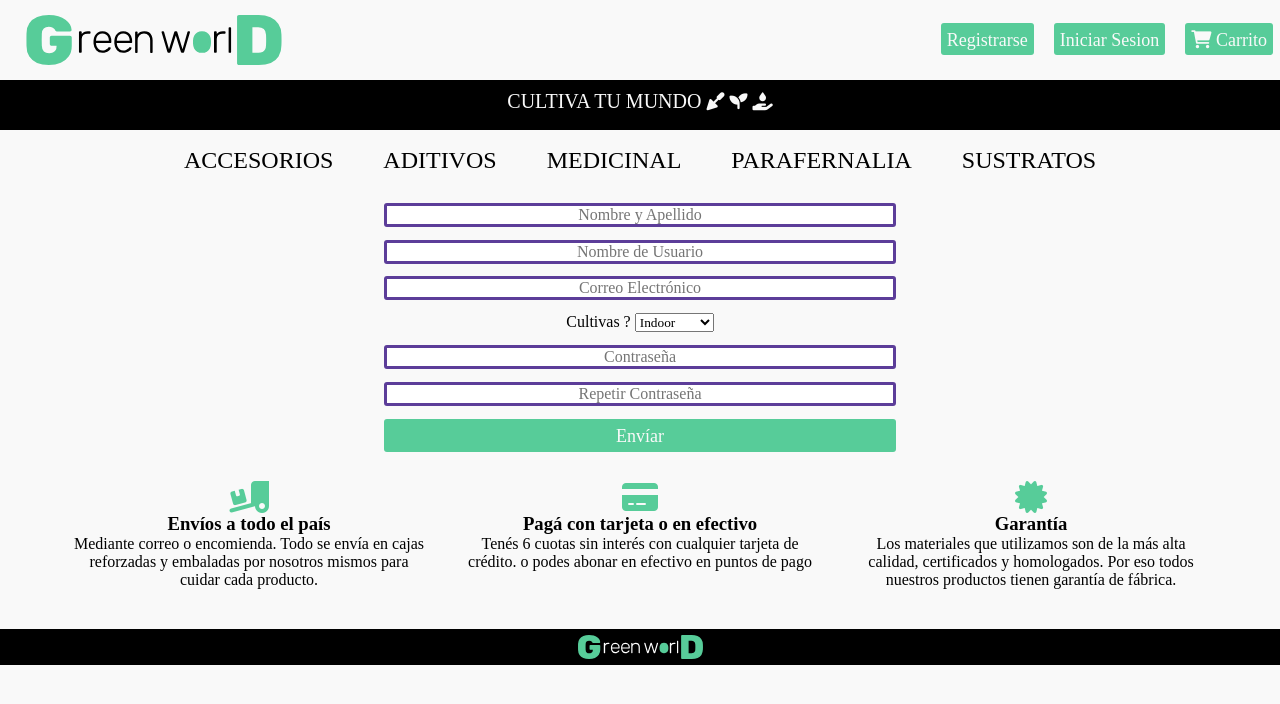
Repository: francoG98/grupo_9_Green_World
Page: source/views/register.html
These files come from the project's save history. The page is drawn as it stood at one moment and after the next save; the edit follows.
The browser window is 1280 px wide. The pictures show the whole page.
Some web fonts or font styles are not loaded; a fallback is used. Some web libraries are served in a nearby version.

Above is the page before, as saved 2022-06-24 20:22:58.

### source/views/register.html
<!DOCTYPE html>
<html lang="en">
<head>
    <meta charset="UTF-8">
    <meta http-equiv="X-UA-Compatible" content="IE=edge">
    <meta name="viewport" content="width=device-width, initial-scale=1.0">
    <title>Green World</title>

    <link rel="preconnect" href="https://fonts.googleapis.com">
<link rel="preconnect" href="https://fonts.gstatic.com" crossorigin>
<link href="https://fonts.googleapis.com/css2?family=Abel&family=Anek+Gujarati:wght@100;200;300;400;500;600;700;800&display=swap" rel="stylesheet">
<link rel="stylesheet" href="https://cdnjs.cloudflare.com/ajax/libs/font-awesome/6.1.1/css/all.min.css" integrity="sha512-KfkfwYDsLkIlwQp6LFnl8zNdLGxu9YAA1QvwINks4PhcElQSvqcyVLLD9aMhXd13uQjoXtEKNosOWaZqXgel0g==" crossorigin="anonymous" referrerpolicy="no-referrer" />
<link rel="stylesheet" href="/css/main-register.css">
<link rel="stylesheet" href="/css/header.css">
<link rel="stylesheet" href="/css/footer.css">

</head>
<body>
    <header>
        <div class="header-top-bar">
            <figure>
                <a href="/"><img src="/assets/logo-edu.svg" alt="Logo Green World" class="header-logo"></a>
            </figure>
            <div class="chart-burger">
                <a href="/chart" >
                    <i class="fa-solid fa-basket-shopping"></i>
                </a>
                <a href="" >
                    <i class="fas fa-bars"></i>
                </a>
            </div>
            <nav class="header-top-nav-bar">
                <ul>
                    <li><a href="/register">Registrarse</a> </li>
                    <li><a href="/login">Iniciar Sesion</a></li>
                    <li><a href="/chart"><i class="fa-solid fa-cart-shopping"></i>  Carrito</a></li>
                </ul>
            </nav>
        </div>
        <h2>CULTIVA TU MUNDO   <i id="pala" class="fa-solid fa-trowel"></i>    <i id="planta" class="fa-solid fa-seedling"></i>    <i id="agua" class="fa-solid fa-hand-holding-droplet"></i></h2>



        <nav class="header-bottom-nav-bar">
            <ul>
                <li ><a href="/accesorios">ACCESORIOS</a></li>
                <li ><a href="/aditivos">ADITIVOS</a></li>
                <li ><a href="/medicinal">MEDICINAL</a></li>
                <li ><a href="/parafernalia">PARAFERNALIA</a></li>
                <li ><a href="/sustratos">SUSTRATOS</a></li>
            </ul>
        </nav>
    </header>
    <main>
          <form method="post" action="">
            <p>
                <input type="text" name="nombre-apellido" placeholder="Nombre y Apellido" required>
            </p>
            <p>
                <input type="text" name="usuario" placeholder="Nombre de Usuario" required>
            </p>
            <p>
                <input type="mail" name="mail" placeholder="Correo Electrónico" required>
            </p>
            <p class="cultivo">
                <label for="cultivo"> Cultivas ?</label>
                    <select name="cultivo" id="cultivo" required>
                        <option value="Indoor">Indoor</option>
                        <option value="outdoor">Outdoor</option>
                        <option value="ambas">ambas</option>
                        <option value="ninguna">No cultivo</option>
                    </select>
            </p>
            <p>
                <input type="password" name="password" placeholder="Contraseña" required>
            </p>
            <p>
                <input type="password" name="repetir-password" placeholder="Repetir Contraseña" required>
            </p>
            <a href="./home.html"><button type="submit" name="registrar"> Envíar </button></a>
    </main>
    <footer>
        <div class="footer-top-bar">
            <section>
                <i class="fa-solid fa-truck-ramp-box"></i>
                <h3>Envíos a todo el país</h3>
                <p>Mediante correo o encomienda. Todo se envía en cajas reforzadas y embaladas por nosotros mismos para cuidar cada producto.</p>
            </section>
            <section>
                <i class="fa-solid fa-credit-card"></i>
                <h3>Pagá con tarjeta o en efectivo</h3>
                <p>Tenés 6 cuotas sin interés con cualquier tarjeta de crédito. o podes abonar en efectivo en
                    puntos de pago</p>
            </section>
            <section>
                <i class="fa-solid fa-certificate"></i>
                <h3>Garantía</h3>
                <p>Los materiales que utilizamos son de la más alta calidad, certificados y homologados. Por eso todos nuestros productos tienen garantía de fábrica.</p>
            </section>
        </div>
        <div class="footer-bottom-bar">
            <a href="/"><img src="/assets/logo-blanco-57cc99.svg" alt="Logo Green World" class="header-logo"></a>


        </div>
    </footer>

</body>
</html>

### public/css/main-register.css
*{
    margin: 0px;
    padding: 0px;
    box-sizing: border-box;
    font-family: "Anek Gujarati";
    }
a button{
    text-decoration: none;
        font-size: 18px;
        color:#f9f9f9;
        background-color:#57CC99;
        Width: 40%;
        padding:7px 6px 5px 6px;
        border: none;
        transition: opacity 200ms;
        justify-content: center;
        text-align: center;
        margin-left: 30%;
        margin-top: 1%;
        border-radius: 3px;
}
input{
    margin-left: 30%;
    margin-top: 1%;
    border: 3px solid #5c3d99;
    width: 40%;
    text-align: center;
    font-size: 16px;
    border-radius: 3px;
     ;

}
p.cultivo{
    margin-left: 30%;
    margin-top: 1%;
    width: 40%;
    text-align: center;
    font-size: 16px;
    border-radius: 3px;
}

### public/css/header.css
*{
    margin: 0px;
    padding: 0px;
    box-sizing: border-box;
    font-family: "Anek Gujarati";
    }
header{
    height:72px
}
.header-top-bar{
    display: flex;
    flex-wrap: wrap;
    /*
    background-color: #af95e2;*/
    background-color: #f9f9f9;
    align-items: center;
    justify-content: space-between;
    height: 40px;
    width:100vw;

}
.header-top-bar figure{
    width: 220px;
    height: 32px;;
    margin: 4px;

}
.header-logo{
    width: 100%;
    height:32px;


}
header h2{
    width: 100%;
    text-align: center;
    font-weight: normal;;
    background-color:black;
    color: #f9f9f9;;
    font-size: 18px;
    height:32px;;
    padding-top:6px


}

nav.header-top-nav-bar{
    width: 100%;
    order:3;
}

div.chart-burger{
    display: flex;
    justify-content: flex-end;
    align-items: center;
    gap: 5px;
    margin: 4px 10px;

}
div.chart-burger a{
    text-align:center;
    color:#f9f9f9;;
    /*
    background-color: #3e0b5e;*/
    background-color: #57CC99;
    box-sizing: border-box;
    height:32px;
    font-size: 18px;
    width: 32px;
    padding-top:4.4px;
    border-radius: 3px

}


nav.header-top-nav-bar ul{
    list-style: none;
    margin: 0 ;
    padding: 0;
    display: none;
    justify-content: space-between;
    flex-wrap: wrap;
}
nav.header-top-nav-bar ul li{
    width: 50%
}


.header-bottom-nav-bar ul{
    list-style: none;
    margin: 0 ;
    padding: 0;
    display: none

}

@media(min-width:768px){
    .header-top-nav-bar{
        display: none;
        order: 2;
        width: 100vw
    }

}
@media(min-width:1024px){
    body{background-color: #f9f9f9;

    }
    header{
        background-color: #f9f9f9;
        height: auto

    }
    .header-top-bar{
        display: flex;
        flex-wrap: wrap;
        background-color: #f9f9f9;
        align-items: center;
        justify-content: space-between;
        height: 80px;
        width:100vw;
        max-width: 1400px;
        margin:auto
    }
    .header-top-bar figure{
        width: 300px;
        height: 50px

    }
    .header-logo{
        height:100%;
    }

    nav.header-top-nav-bar{
        height:40px;
        align-items: center;
        display:flex;
        justify-content: flex-end;
        width:auto
    }

    div.chart-burger{
        display: none;
        order:5;
        width: 100%
    }
    nav.header-top-nav-bar ul{
        list-style: none;
        padding: 0;
        display: flex;
        justify-content: flex-end;
        align-items: center;
        flex-wrap: wrap;
        gap: 20px;
        text-decoration: none;
        margin:7px;
        order:3
    }
    nav.header-top-nav-bar ul li {
        width: auto;
    }
    nav.header-top-nav-bar ul li a{
        text-decoration: none;
        font-size: 18px;
        color:#f9f9f9;
        background-color:#57CC99;
        padding:7px 6px 5px 6px;
        border-radius:3px;
        transition: opacity 200ms
    }

    nav.header-top-nav-bar ul li a:hover{
        opacity: 0.7
    }
    header h2{
        width: 100%;
        height: 50px;
        padding-top: 10px;
        font-weight: normal;
        background-color:black;
        color: #f9f9f9;
        font-size: 20px;

    }
    #pala{
        transition: color 500ms, font-size 500ms
    }
    #pala:hover{
        color:#f65a5a;
        font-size: 40px
    }
    #planta{
        transition: color 500ms, font-size 500ms
    }
    #planta:hover{
        color:#80ed99;
        font-size: 40px
    }
    #agua{
        transition: color 500ms, font-size 500ms
    }
    #agua:hover{
        color:#90c0e0;
        font-size: 40px
    }


    .header-bottom-nav-bar ul{

        display: flex;
        justify-content: center;
        align-items: center;
        gap: 50px;
        height: 60px
    }
    .header-bottom-nav-bar ul a{
        text-decoration: none;
        font-size: 24px;
        color: black;

        transition: font-size 200ms
    }
    .header-bottom-nav-bar ul a:hover{
        font-size:30px;
        font-weight: 500;
        color: #57CC99
    }
}

### public/css/footer.css
footer{
    background-color:#f9f9f9

}
.footer-top-bar{
    display:flex;
    flex-wrap:wrap
}
.footer-top-bar section{
    width:100%;
    text-align: center;
    padding:10px
}

.footer-top-bar section i{
    color:#57CC99;
    font-size: 2em;
    line-height:10px;
    margin: auto;
    }
.footer-top-bar section h3{
font-weight:700
}
.footer-top-bar section p{
    font-family:"Abel"
}
.footer-bottom-bar{
    background-color:black;

}
.footer-bottom-bar a{
    display: flex;
    justify-content: center;
    align-content: center;
    padding:6px
}
.footer-bottom-bar a img{
    max-width:125px
}

@media(min-width:768px){
    .footer-top-bar{
        display:flex;
        justify-content: center;
        gap: 10px;
        padding: 30px 5px
    }
    .footer-top-bar section{
        width: 30%
    }


}

After the next save:
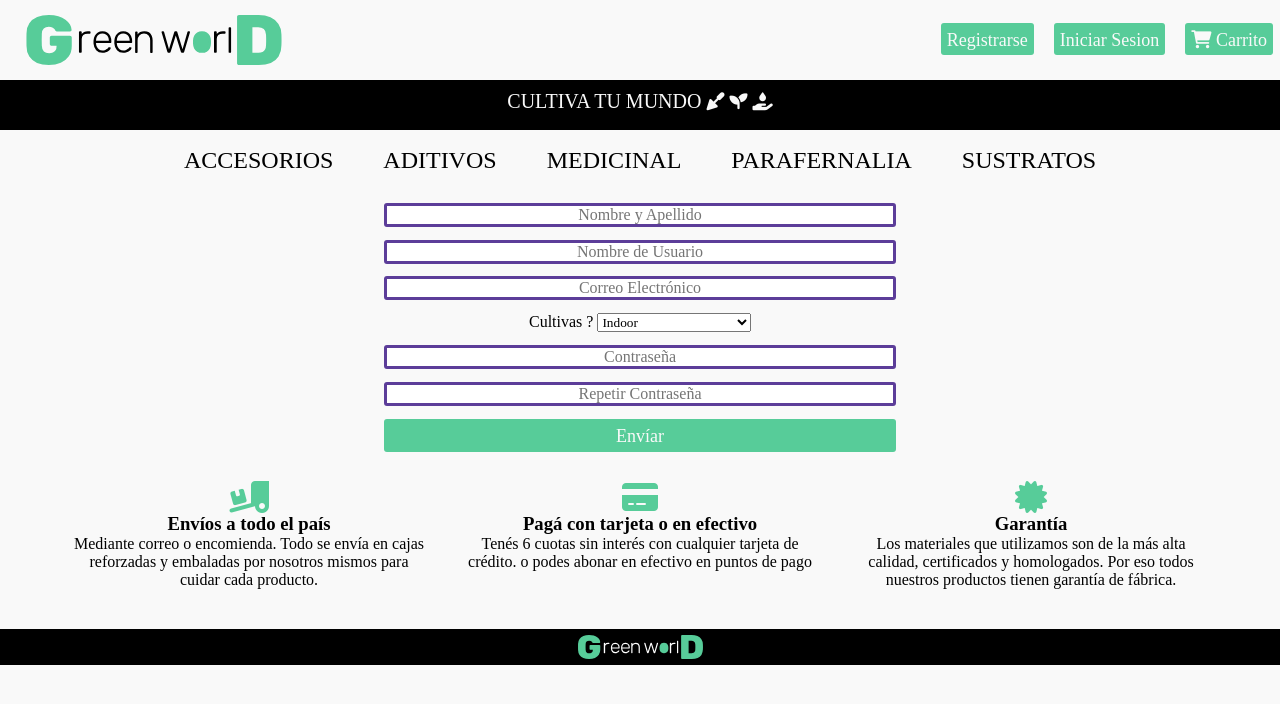
Saved 40 s later.
--- a/public/css/main-register.css
+++ b/public/css/main-register.css
@@ -38,3 +38,6 @@ p.cultivo{
     font-size: 16px;
     border-radius: 3px;
 }
+select{
+    width: 30%
+}
